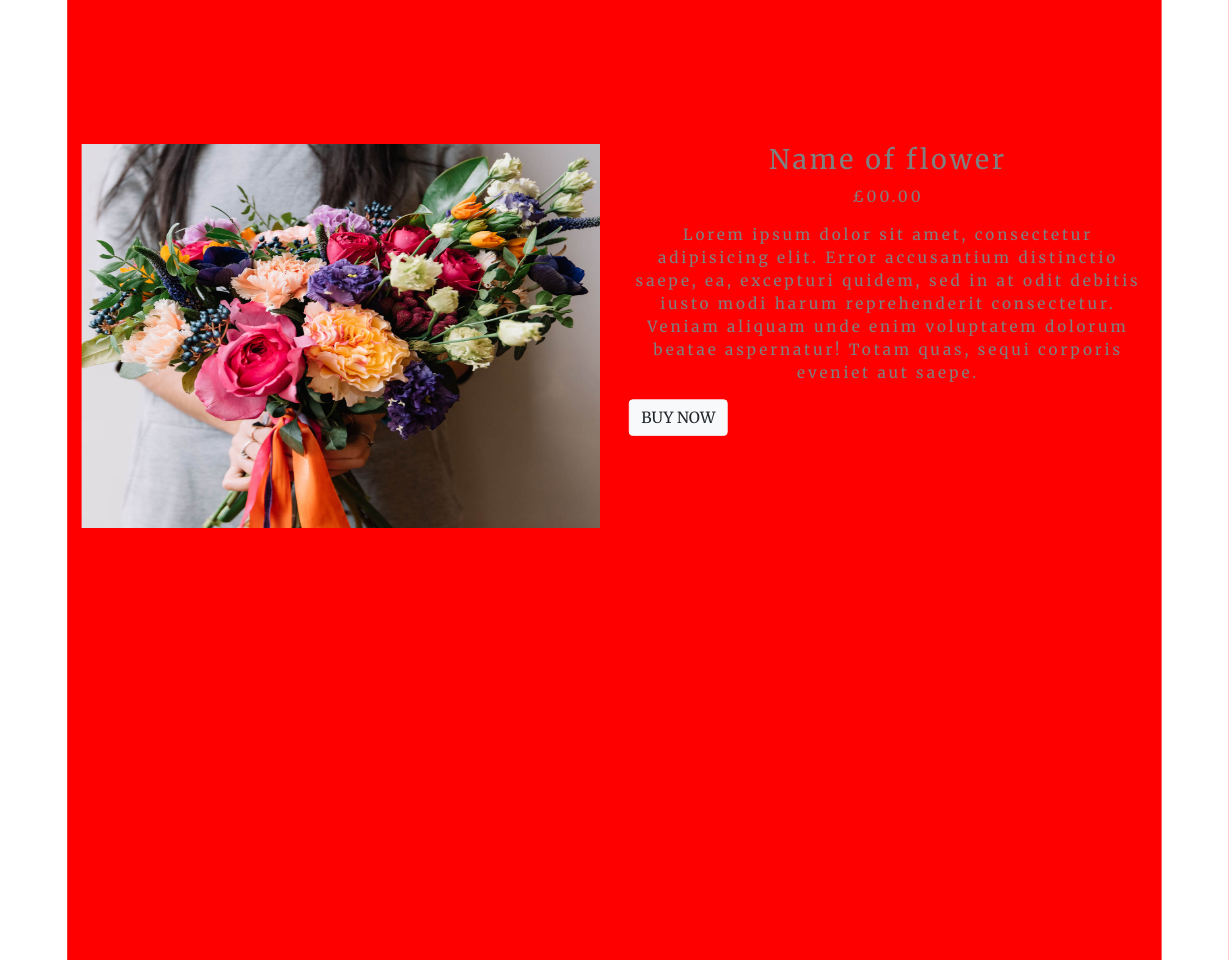
Repository: GarySimons/One-Milestone-Project
Page: flower1.html
The author's editor kept a record of every edit. The page is drawn from the files as they stood at one moment, then again after the next edit.
The browser window is 1280 px wide. The pictures show the whole page, at 96% of full size.

Above is the page before.

After the next edit:
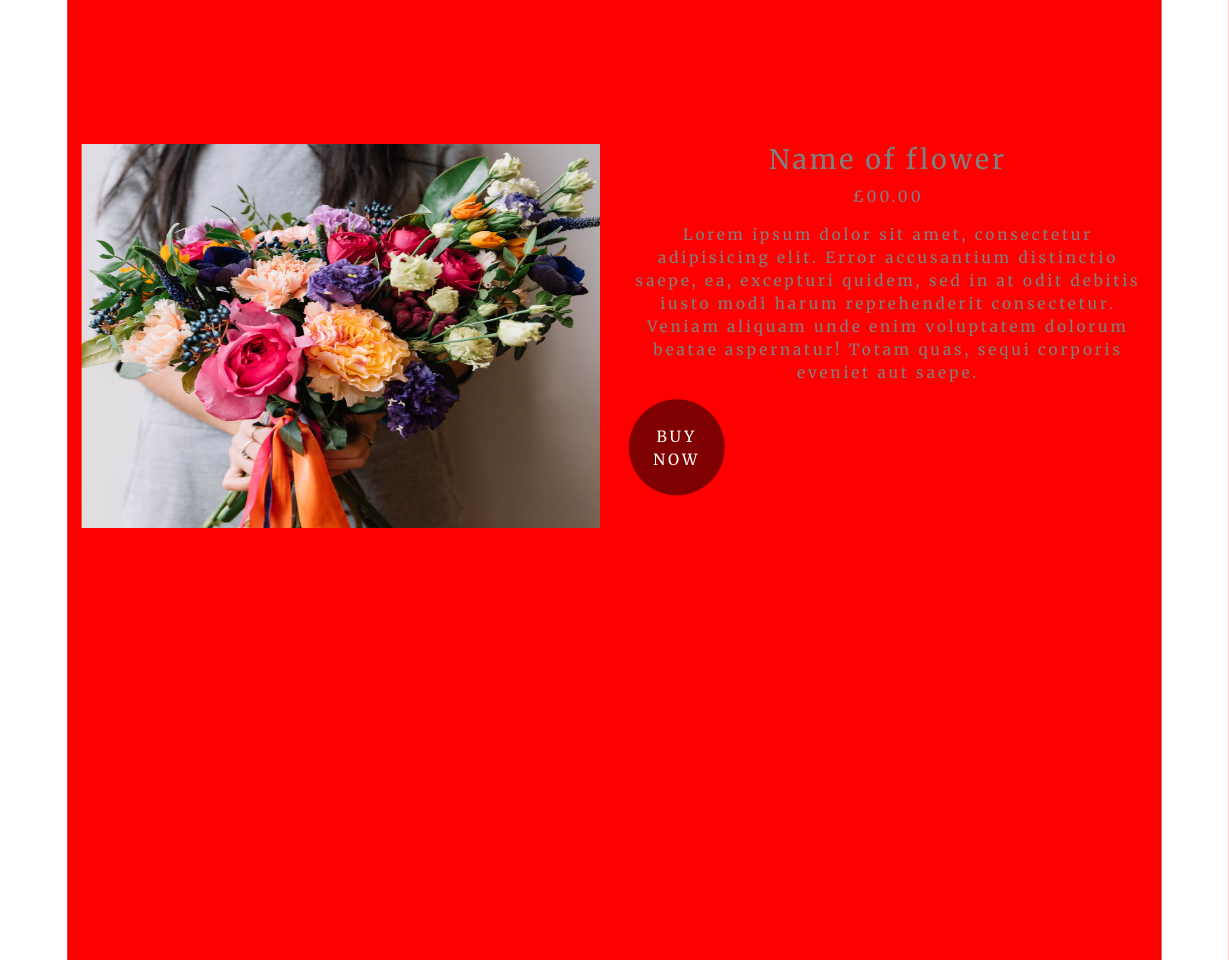
The edit:
--- a/assets/style.css
+++ b/assets/style.css
@@ -216,6 +216,16 @@
 }
 
 .buy-button {
-    text-align: center;
-    position: absolute;
-}
+    height: 100px;
+    width: 100px;
+    border-radius: 50%;
+    border: 0;
+    color: #fff;
+    background-color: rgba(0,0,0,0.5);
+    letter-spacing: 3px;
+}
+
+.round-button:hover {
+    color: #fff;
+    background-color: #660066;
+}
